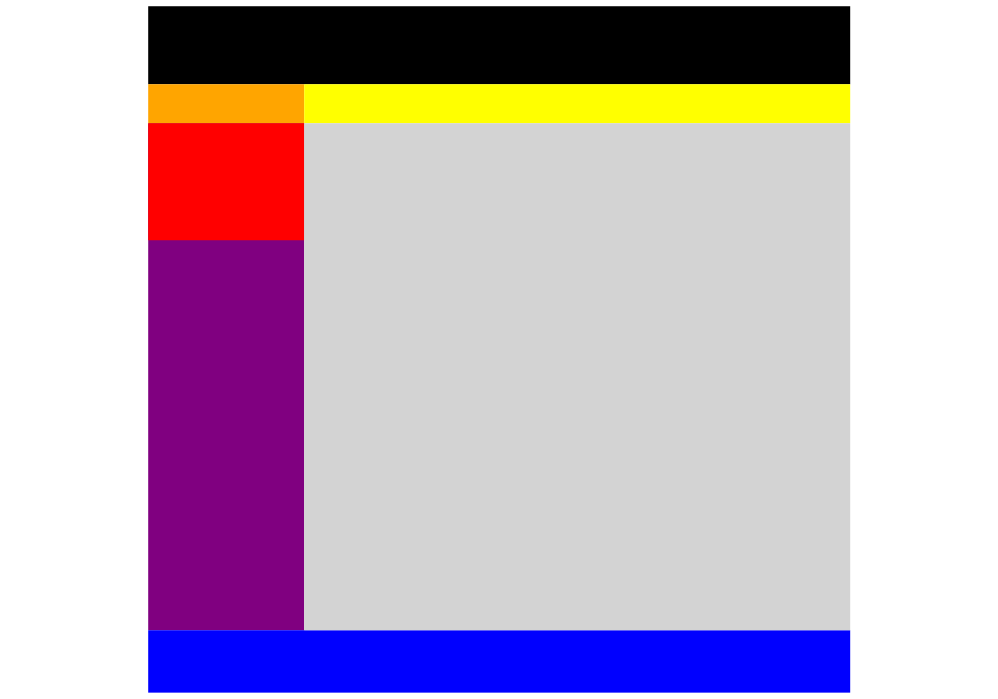
Repository: marudaga/html-css-lecture
Page: work/study/src/main/webapp/htmlEx/ch03/quiz.html
These files come from the project's save history. The page is drawn as it stood at one moment and after the next save; the edit follows.
The browser window is 1280 px wide. The pictures show the whole page, at 78% of full size.

Above is the page before, as saved 2022-09-06 11:52:15.

After the next save:
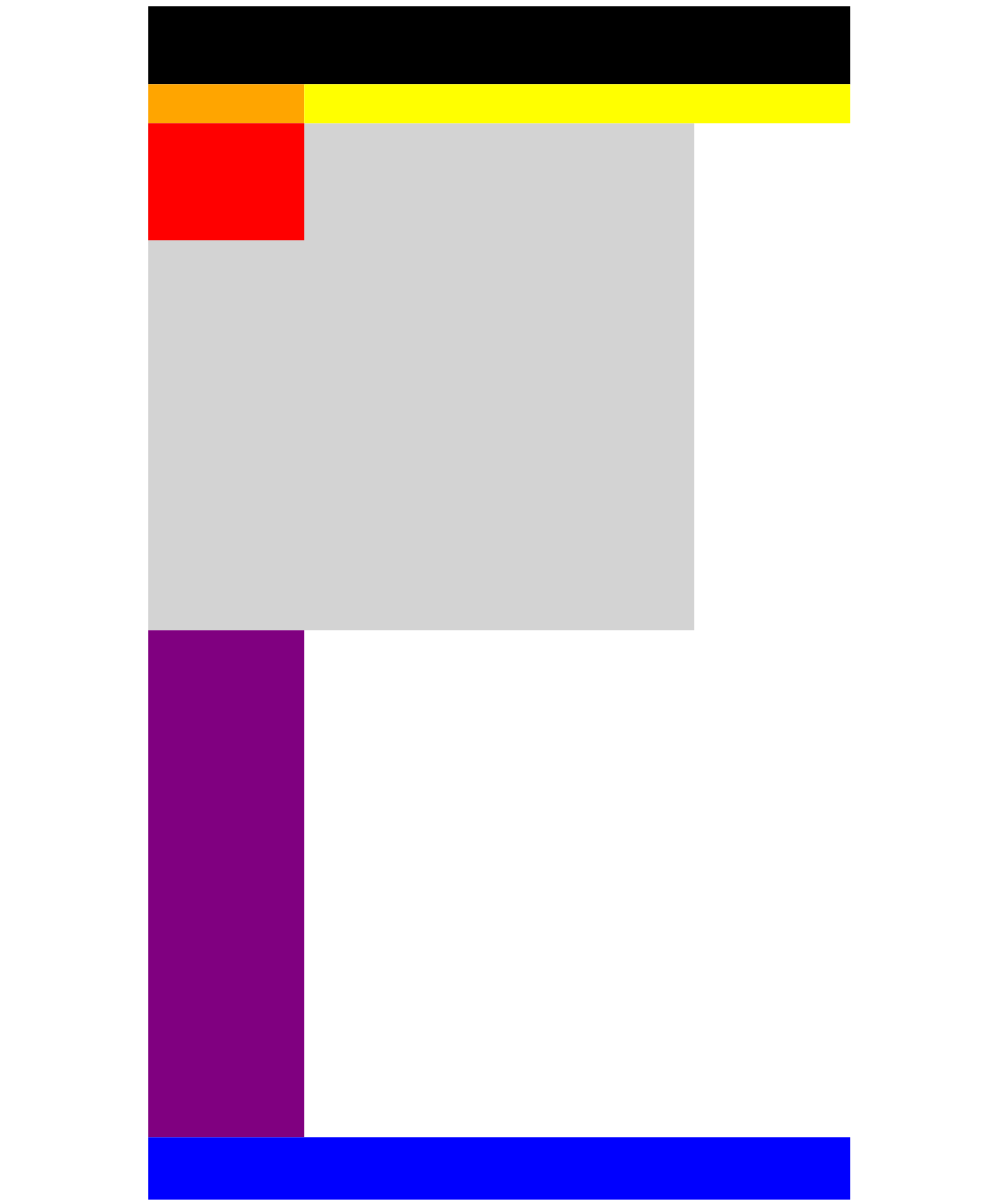
Saved 17 min 59 s later.
--- a/work/study/src/main/webapp/htmlEx/ch03/quiz.html
+++ b/work/study/src/main/webapp/htmlEx/ch03/quiz.html
@@ -52,7 +52,7 @@
 		<div style="clear: both"></div>
 		<div>
 			<div class="box4" style="float: left; background: red; clear: both;"></div>
-			<div class="box6" style="float: left; background: lightgray;"></div>
+			<div class="box6" style=" background: lightgray;"></div>
 			<div class="box5" style="background: purple;"></div>
 		</div>
 
